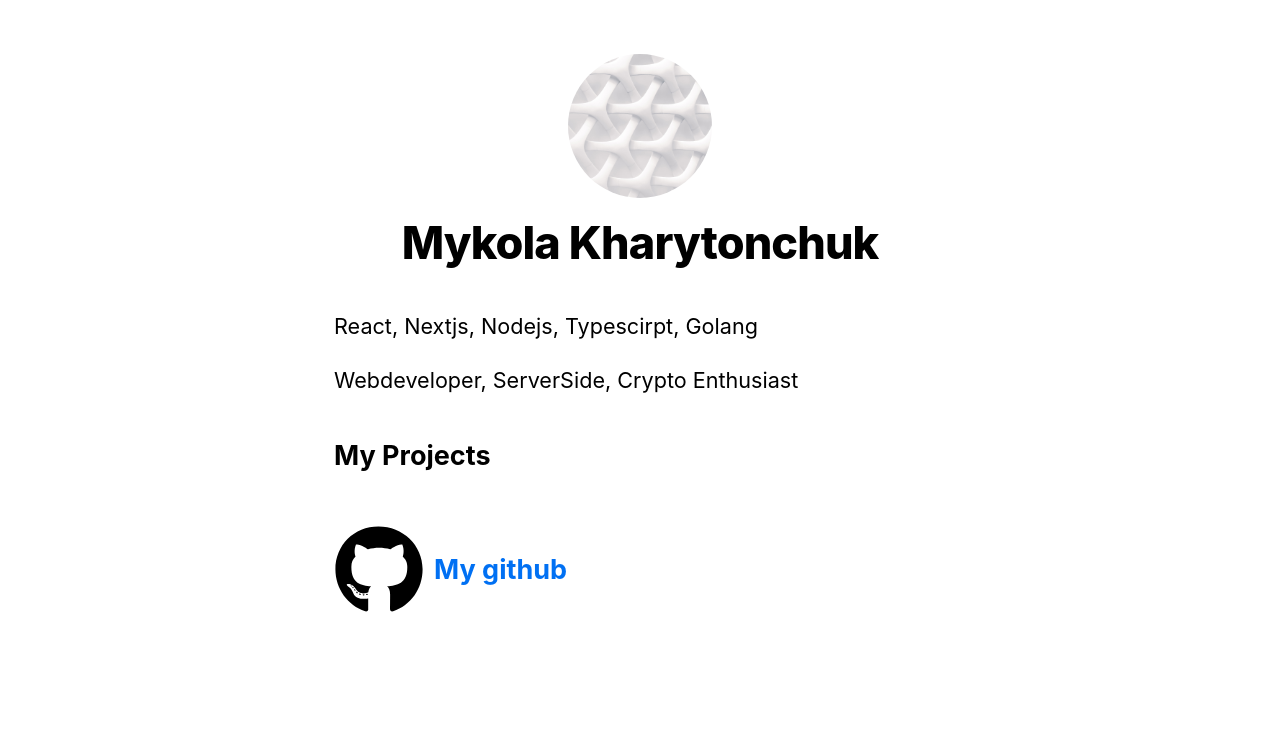
Repository: Mooninghnk/resume
Page: /
These files come from the project's save history. The page is drawn as it stood at one moment and after the next save; the edit follows.
The browser window is 1280 px wide. The pictures show the whole page.
The project was rebuilt for these pictures with package versions that can differ from the ones it lists, and the page was loaded fresh each time. The framework's server and built-in components were replaced by stand-ins that run in the browser.

Above is the page before, as saved 2021-12-29 21:28:33.

### pages/_app.tsx
import '../styles/global.css'

import { AppProps } from 'next/app'

function App({ Component, pageProps }: AppProps) {
  return <Component {...pageProps} />
}

export default App

### pages/index.tsx
import Head from "next/head";
import Layout from "../components/layout";
import utilStyles from "../styles/utils.module.css";

import { FaGithub } from "react-icons/fa";
import Link from "next/link";
import { useState } from "react";




export default function Home({ allPostsData }) {


  return (
    <Layout home>
      <Head>
        <title>{"resume"}</title>
      </Head>
      <section className={utilStyles.headingMd}>
        <p>React, Nextjs, Nodejs, Typescirpt, Golang</p>
        <p>Webdeveloper, ServerSide, Crypto Enthusiast </p>
      </section>
      <section className={`${utilStyles.headingMd} ${utilStyles.padding1px}`}>
        <h2 className={utilStyles.headingLg}>My Projects</h2>
        <ul className={utilStyles.list}>
          <li className={utilStyles.listItem}>
            <br />
            <small  className={utilStyles.lightText}>
              <Link href={"https://github.com/Mooninghnk"}>
                <div onMouseOver={e => onH(e)} className="link" style={{display: "inline-flex", alignItems: "center"}}>
                 <FaGithub  color="black" size={90} style={{marginRight: "10px"}}/>
                <h1>{" "} My github</h1>
                 </div>

              </Link>
            </small>
          </li>
        </ul>
      </section>
    </Layout>
  );
}

### components/layout.tsx
import Head from 'next/head'
import Image from 'next/image'
import styles from './layout.module.css'
import utilStyles from '../styles/utils.module.css'
import Link from 'next/link'

const name = '[Your Name]'
export const siteTitle = 'Next.js Sample Website'

export default function Layout({ children, home }) {
  return (
    <div className={styles.container}>
      <Head>
        <link rel="icon" href="/favicon.ico" />
        <meta
          name="description"
          content="Learn how to build a personal website using Next.js"
        />
        <meta
          property="og:image"
          content={`https://og-image.vercel.app/${encodeURI(
            siteTitle
          )}.png?theme=light&md=0&fontSize=75px&images=https%3A%2F%2Fassets.zeit.co%2Fimage%2Fupload%2Ffront%2Fassets%2Fdesign%2Fnextjs-black-logo.svg`}
        />
        <meta name="og:title" content={siteTitle} />
        <meta name="twitter:card" content="summary_large_image" />
      </Head>
      <header className={styles.header}>
        {home ? (
          <>
            <Image
              priority
              src="/images/profile.jpg"
              className={utilStyles.borderCircle}
              height={144}
              width={144}
              alt={name}
            />
            <h1 className={utilStyles.heading2Xl}>{"Mykola Kharytonchuk"}</h1>
          </>
        ) : (
          <>
            <Link href="/">
              <a>
                <Image
                  priority
                  src="/images/profile.jpg"
                  className={utilStyles.borderCircle}
                  height={108}
                  width={108}
                  alt={name}
                />
              </a>
            </Link>
            <h2 className={utilStyles.headingLg}>
              <Link href="/">
                <a className={utilStyles.colorInherit}>{name}</a>
              </Link>
            </h2>
          </>
        )}
      </header>
      <main>{children}</main>
      {!home && (
        <div className={styles.backToHome}>
          <Link href="/">
            <a>← Back to home</a>
          </Link>
        </div>
      )}
    </div>
  )
}

### components/layout.module.css
.container {
  max-width: 36rem;
  padding: 0 1rem;
  margin: 3rem auto 6rem;
}

.header {
  display: flex;
  flex-direction: column;
  align-items: center;
}

.backToHome {
  margin: 3rem 0 0;
}

Loaded but not shown: styles/global.css (common file); styles/utils.module.css (common file)

After the next save:
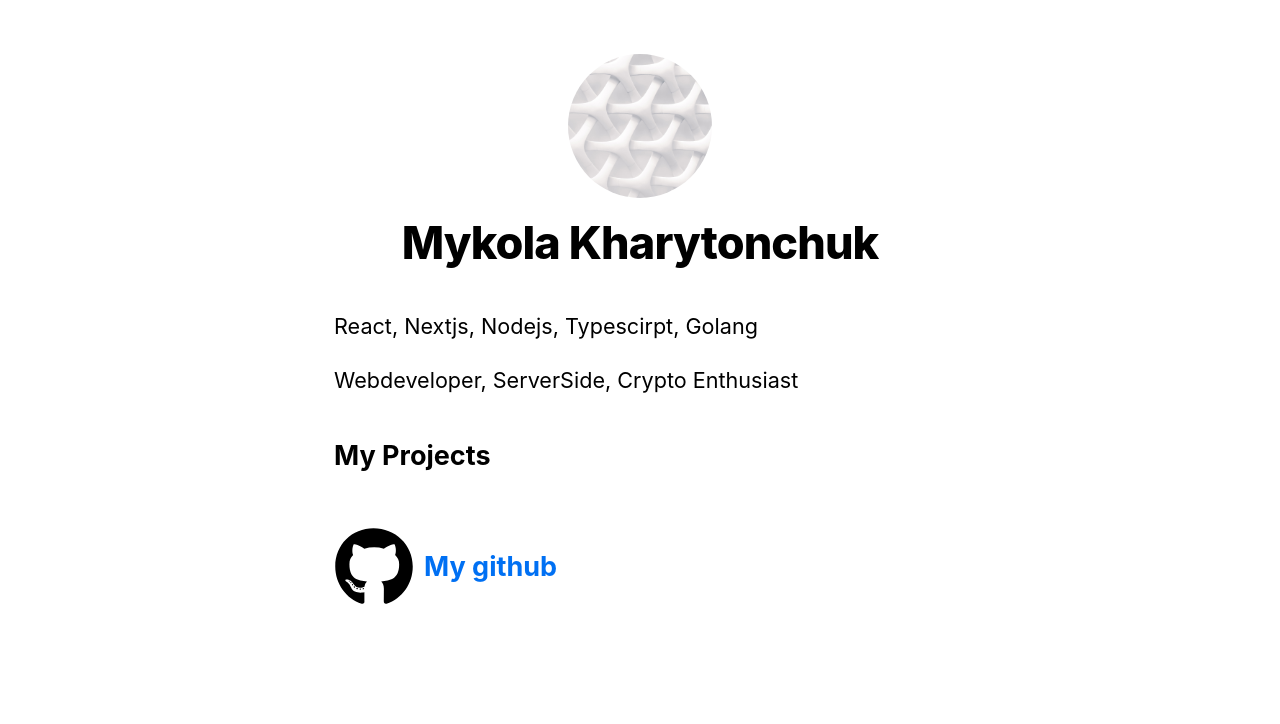
Saved 4 s later.
--- a/pages/index.tsx
+++ b/pages/index.tsx
@@ -29,7 +29,7 @@ export default function Home({ allPostsData }) {
             <small  className={utilStyles.lightText}>
               <Link href={"https://github.com/Mooninghnk"}>
                 <div onMouseOver={e => onH(e)} className="link" style={{display: "inline-flex", alignItems: "center"}}>
-                 <FaGithub  color="black" size={90} style={{marginRight: "10px"}}/>
+                 <FaGithub  color="black" size={80} style={{marginRight: "10px"}}/>
                 <h1>{" "} My github</h1>
                  </div>
 
